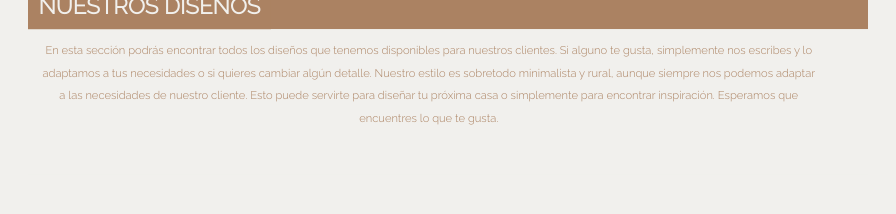
Repository: judiith-mf/dise-oInterior
Page: disenos.html
The author's editor kept a record of every edit. The page is drawn from the files as they stood at one moment, then again after the next edit.
The browser window is 1280 px wide. The pictures show the part of the page from y = 414 to 2334 px (the page is 720 px tall before and 6262 px after), at 70% of full size.

Above is the page before.
Console error: TypeError: Cannot set properties of null (setting 'onclick')

After the next edit:
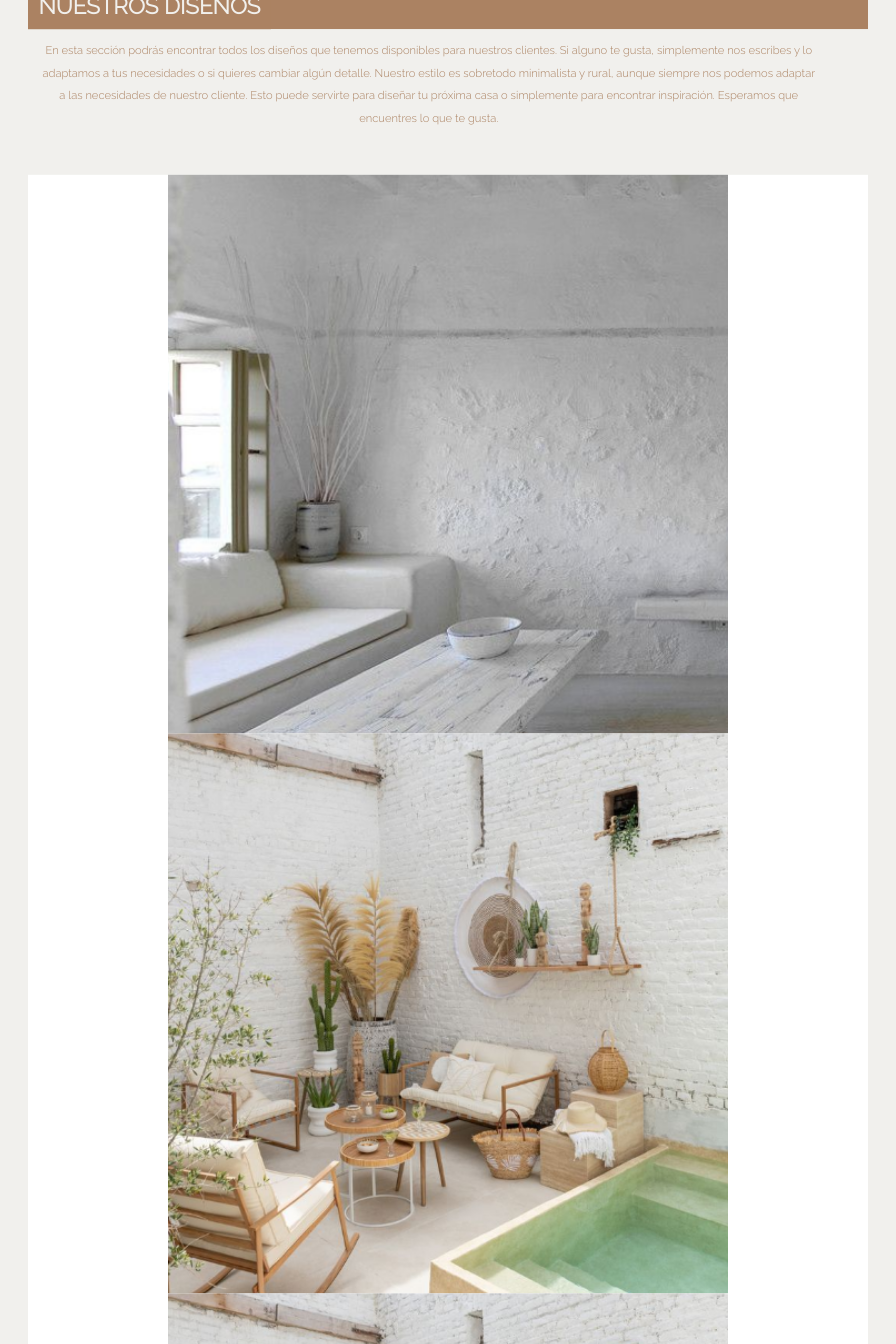
The edit:
--- a/disenos.html
+++ b/disenos.html
@@ -51,9 +51,19 @@
                             En esta sección podrás encontrar todos los diseños que tenemos disponibles para nuestros clientes. Si alguno te gusta, simplemente nos escribes y lo adaptamos a tus necesidades o si quieres cambiar algún detalle. Nuestro estilo es sobretodo minimalista y rural, aunque siempre nos podemos adaptar a las necesidades de nuestro cliente. Esto puede servirte para diseñar tu próxima casa o simplemente para encontrar inspiración. Esperamos que encuentres lo que te gusta.
                         </p>
                     </div>
+
+
                 </div>
 
-
+                <div class="img">
+                        <img src="imagenes/diseños/Captura.PNG"></img>
+                        <img src="imagenes/diseños/1Captura.PNG"></img>
+                        <img src="imagenes/diseños/1Captura.PNG"></img>
+                        <img src="imagenes/diseños/1Captura.PNG"></img>
+                        <img src="imagenes/diseños/1Captura.PNG"></img>
+                        <img src="imagenes/diseños/1Captura.PNG"></img>
+                        <img src="imagenes/diseños/1Captura.PNG"></img>
+                </div>
 
 
             </div>
